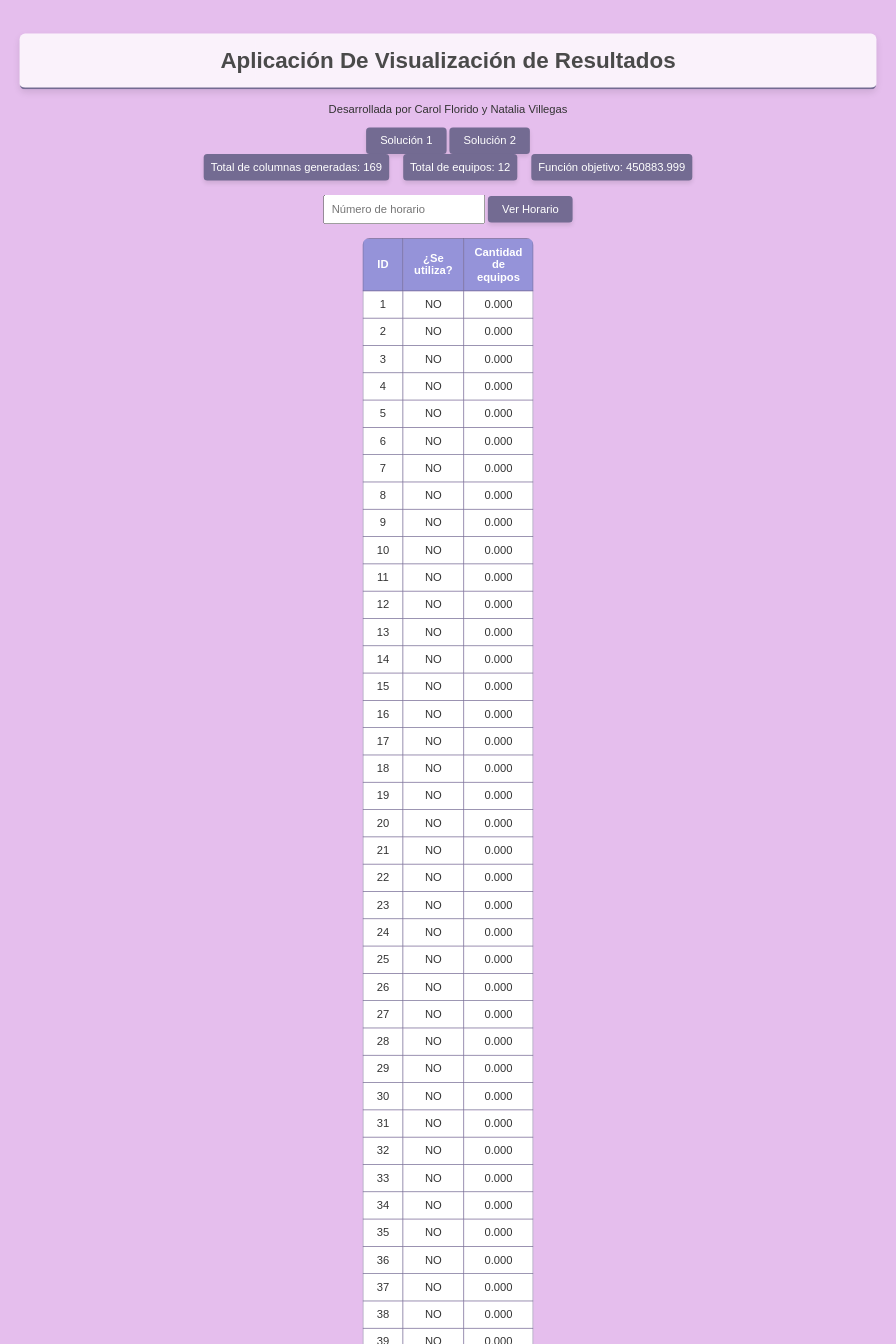
Repository: cflorido/Front_T3
Page: index.html
The author's editor kept a copy of each file at every save. The page is drawn from the files as they stood at one save, then again after the next save.
The browser window is 1280 px wide. The pictures show the part of the page from y = 0 to 1920 px (the page is 7105 px tall before and 7129 px after), at 70% of full size.

Above is the page before, as saved 2024-10-22 23:27:58.

After the next save:
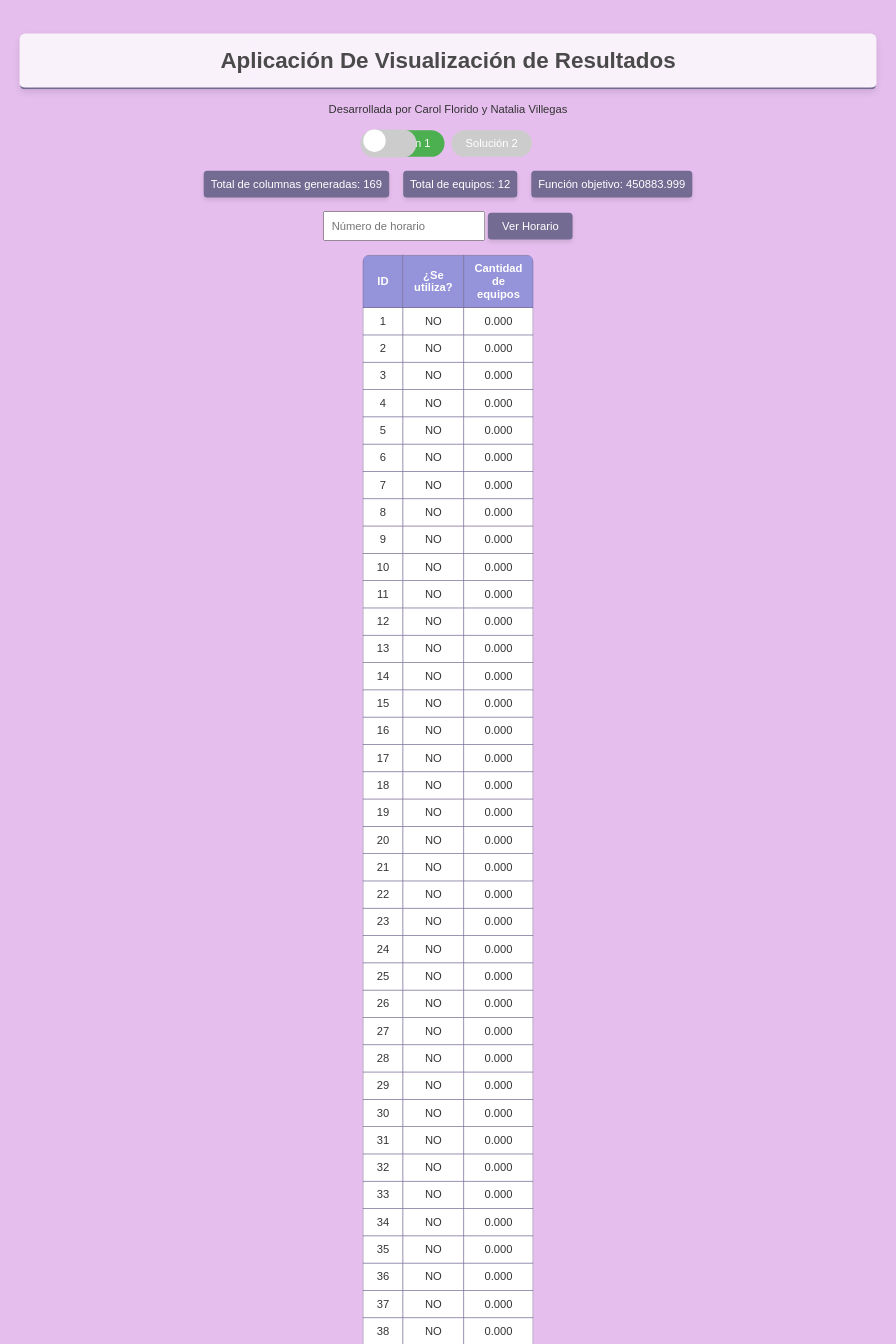
Saved 7 s later.
--- a/index.html
+++ b/index.html
@@ -186,10 +186,16 @@
 
     <p>Desarrollada por Carol Florido y Natalia Villegas</p>
 
-
-    <div class="soluciones">
-        <button id="solucion1" onclick="cambiarSolucion(1)">Solución 1</button>
-        <button id="solucion2" onclick="cambiarSolucion(2)">Solución 2</button>
+    <div class="switch-container">
+        <div class="switch">
+            <input type="radio" id="solucion1" name="solucion" value="1" onclick="cambiarSolucion(1)" checked>
+            <label for="solucion1" class="switch-label">Solución 1</label>
+
+            <input type="radio" id="solucion2" name="solucion" value="2" onclick="cambiarSolucion(2)">
+            <label for="solucion2" class="switch-label">Solución 2</label>
+
+            <span class="slider"></span>
+        </div>
     </div>
 
 
